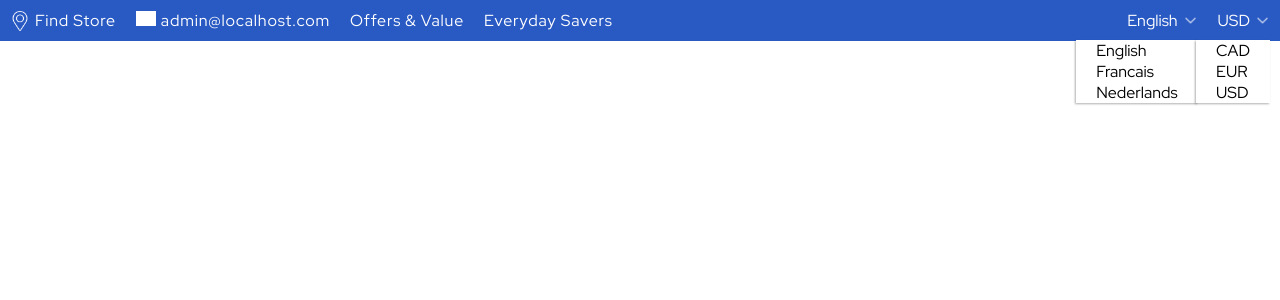
Repository: ldminh95/demo01
Page: index.html
The author's editor kept a copy of each file at every save. The page is drawn from the files as they stood at one save, then again after the next save.
The browser window is 1280 px wide. The pictures show the whole page.
Pictures or frames that could not be fetched are drawn as grey boxes.

Above is the page before, as saved 2023-09-17 16:44:43.

After the next save:
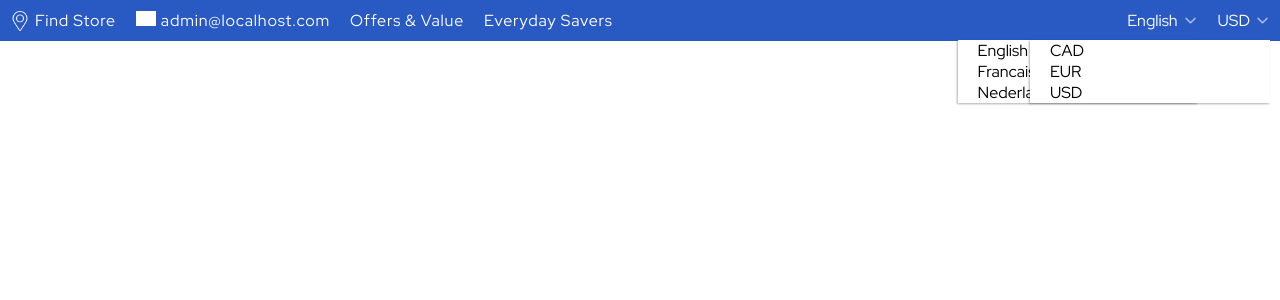
Saved 23 s later.
--- a/css/top.css
+++ b/css/top.css
@@ -52,6 +52,7 @@
 .hd_right ul ul {
     position: absolute;
     top: 30px;
+    width: 240px;
     right: 0;
     background-color: #fff;
     box-shadow: -1px 1px 2px rgb(0 0 0 / 31%);
